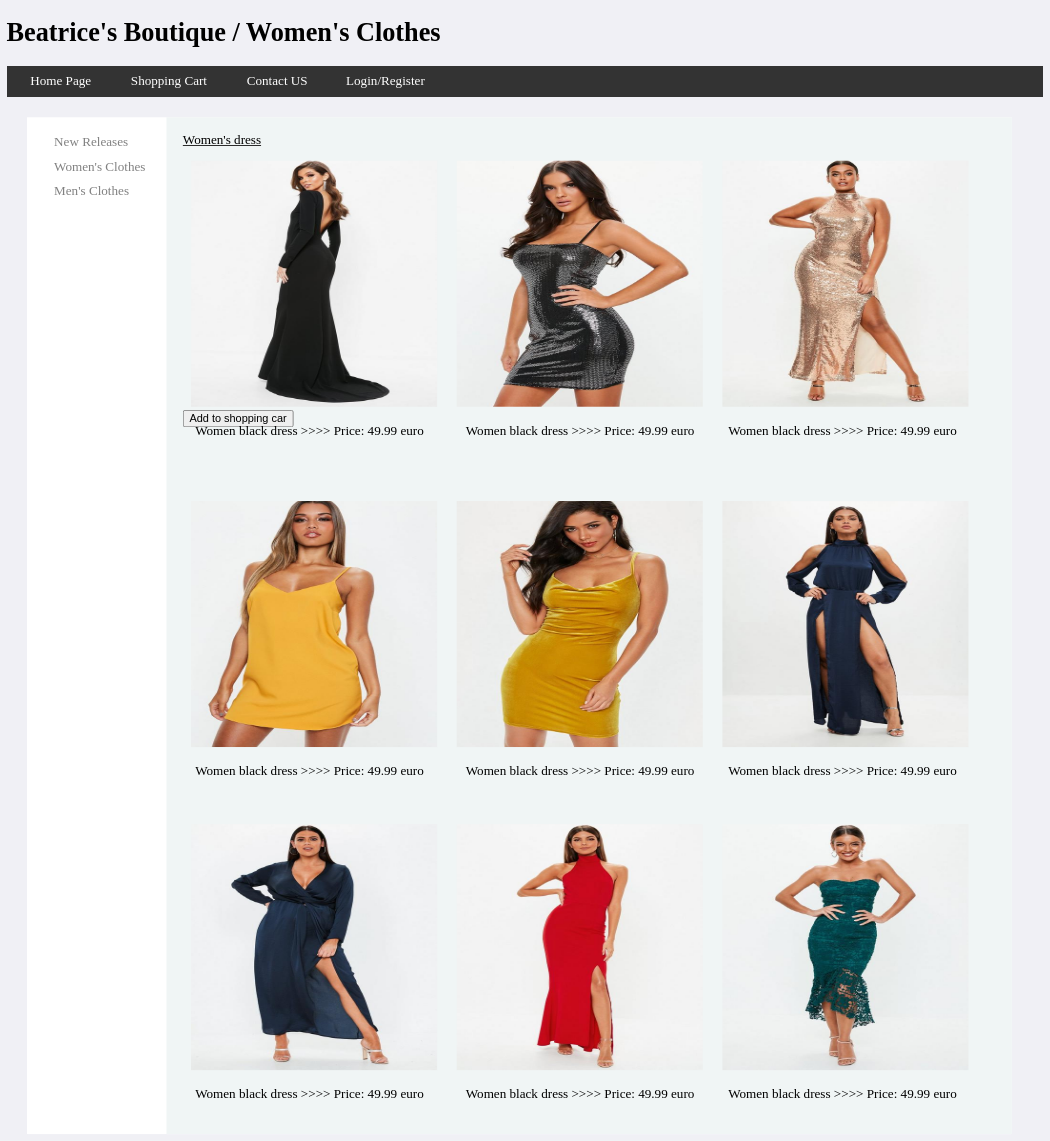
Repository: IosifDobos/Beatrice-Boutique
Page: BeatriceBoutique/Java/WorkSpace/BeatriceBoutique/WebContent/womensClothes.html
The author's editor kept a copy of each file at every save. The page is drawn from the files as they stood at one save, then again after the next save.
The browser window is 1280 px wide. The pictures show the whole page, at 82% of full size.

Above is the page before, as saved 2018-12-04 17:48:23.

After the next save:
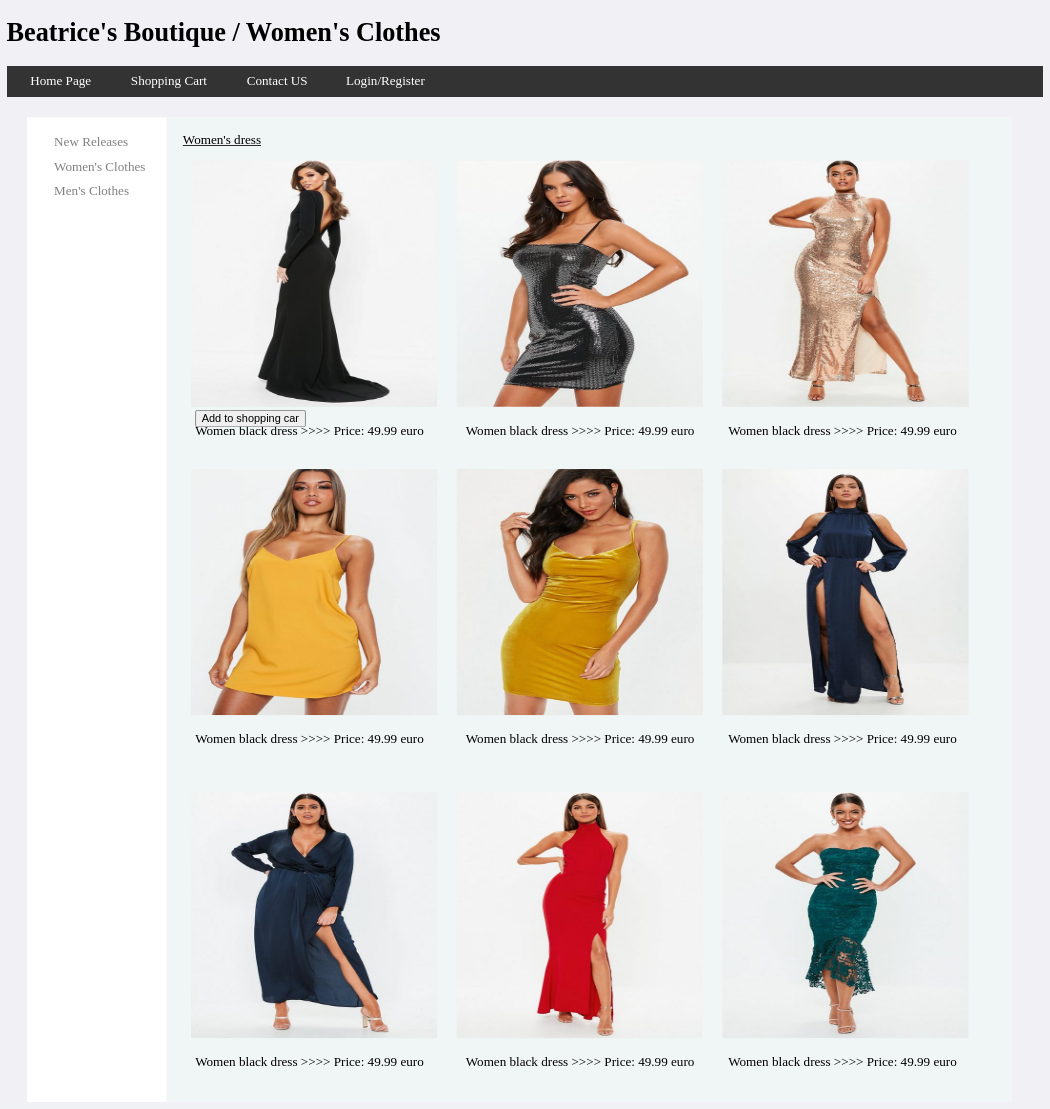
Saved 58 s later.
--- a/BeatriceBoutique/Java/WorkSpace/BeatriceBoutique/WebContent/styleSheet.css
+++ b/BeatriceBoutique/Java/WorkSpace/BeatriceBoutique/WebContent/styleSheet.css
@@ -112,6 +112,10 @@ li a:hover {
 	margin-left: 665px;
 }
 
+#button-url{
+	position: absolute;
+	margin-left: 15px;
+}
 
 
 /* Responsive layout - when the screen is less than 600px wide, make the two columns stack on top of each other instead of next to each other */
